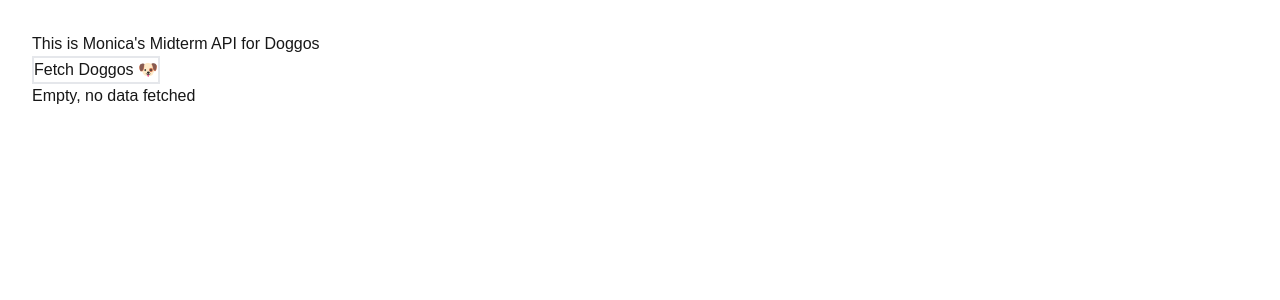
Repository: MonicaNguyenH/MDIA3126
Page: /apiMidtermDogapi (app in midterm-prep/)
An editor plug-in stored every save of this project. The page is shown before and after the next save, followed by the edit.
The browser window is 1280 px wide. The pictures show the whole page.
The page's requests for data from a server got no answer. The project was rebuilt for these pictures with package versions that can differ from the ones it lists, and the page was loaded fresh each time. The framework's server and built-in components were replaced by stand-ins that run in the browser. No one was signed in, and anything a server would have sent is missing. Also part of the build but not shown: midterm-prep/next.config.mjs.

Above is the page before, as saved 2024-11-05 12:41:39.

### midterm-prep/src/app/apiMidtermDogapi/page.js
"use client";
import { useState } from "react";

export default function Home() {
    const API_KEY = process.env.NEXT_PUBLIC_DOG_CEO_API_KEY;
    const API_URL = `https://api.thedogapi.com/v1/images/search?limit=8&has_breeds=1&api_key=${API_KEY}`;

    const [dogData, setDogData] = useState(null);
    const [loading, setLoading] = useState(false);
    const [error, setError] = useState(null);

    async function fetchDogData() {
        setLoading(true);
        setError(null); // Reset error state before fetching

        try {
            const response = await fetch(API_URL,
                {
                    headers: {
                        'x-api-key': API_KEY,
                    }
                }
            );

            if (!response.ok) {
                throw new Error('Network response was not ok');
            }

            const data = await response.json();
            setDogData(data);
        } catch (error) {
            setError(error.message);
        } finally {
            setLoading(false);
        }
    }

    const DisplayDogData = () => {
        if (loading) return <div>Loading...</div>;
        if (error) return <div>Error: {error}</div>;
        if (!dogData) return <div>Empty, no data fetched</div>;

        return (
            <section>
                {dogData.map((entry, index) => (
                    <article key={index}>
                        <img src={entry.url} alt="Dog" />
                        {entry.breeds && entry.breeds.length > 0 ? (
                            <div>
                                <h3>{entry.breeds[0].name}</h3>
                                <p><strong>Temperament</strong>: {entry.breeds[0].temperament}</p>
                                <p><strong>Origin</strong>: {entry.breeds[0].origin || "Unknown"}</p>
                            </div>
                        ) : (
                            <p>Breed information is not available 🥺</p>
                        )}
                    </article>
                ))}
            </section>
        );
    };

    const Header = () => (
        <>
            This is Monica's Midterm API for Doggos
            <br />
            <button
                disabled={loading}
                className="border-solid border-2"
                onClick={fetchDogData}
            >
                Fetch Doggos 🐶
            </button>
        </>
    );

    return (
        <div className="m-8">
            <Header />
            <DisplayDogData />
        </div>
    );
}

Loaded but not shown: midterm-prep/src/app/layout.js (common file); midterm-prep/src/app/globals.css (common file); midterm-prep/tailwind.config.js (common file)

After the next save:
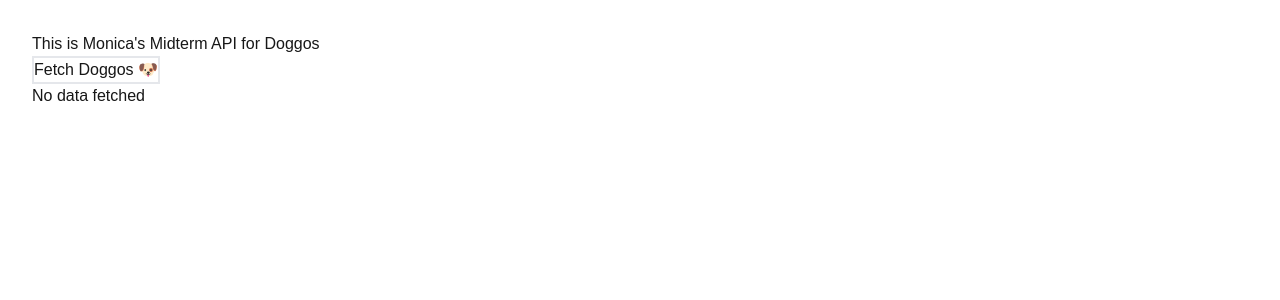
Saved 114 s later.
--- a/midterm-prep/src/app/apiMidtermDogapi/page.js
+++ b/midterm-prep/src/app/apiMidtermDogapi/page.js
@@ -2,8 +2,8 @@
 import { useState } from "react";
 
 export default function Home() {
-    const API_KEY = process.env.NEXT_PUBLIC_DOG_CEO_API_KEY;
-    const API_URL = `https://api.thedogapi.com/v1/images/search?limit=8&has_breeds=1&api_key=${API_KEY}`;
+    const API_KEY = process.env.NEXT_PUBLIC_DOG_API_KEY; // Ensure this environment variable is correctly set
+    const API_URL = 'https://api.thedogapi.com/v1/images/search?limit=8&has_breeds=1';
 
     const [dogData, setDogData] = useState(null);
     const [loading, setLoading] = useState(false);
@@ -14,13 +14,11 @@ export default function Home() {
         setError(null); // Reset error state before fetching
 
         try {
-            const response = await fetch(API_URL,
-                {
-                    headers: {
-                        'x-api-key': API_KEY,
-                    }
-                }
-            );
+            const response = await fetch(API_URL, {
+                headers: {
+                    'x-api-key': API_KEY,
+                },
+            });
 
             if (!response.ok) {
                 throw new Error('Network response was not ok');
@@ -38,7 +36,7 @@ export default function Home() {
     const DisplayDogData = () => {
         if (loading) return <div>Loading...</div>;
         if (error) return <div>Error: {error}</div>;
-        if (!dogData) return <div>Empty, no data fetched</div>;
+        if (!dogData) return <div>No data fetched</div>;
 
         return (
             <section>
@@ -62,8 +60,7 @@ export default function Home() {
 
     const Header = () => (
         <>
-            This is Monica's Midterm API for Doggos
-            <br />
+            <h1>This is Monica's Midterm API for Doggos</h1>
             <button
                 disabled={loading}
                 className="border-solid border-2"
